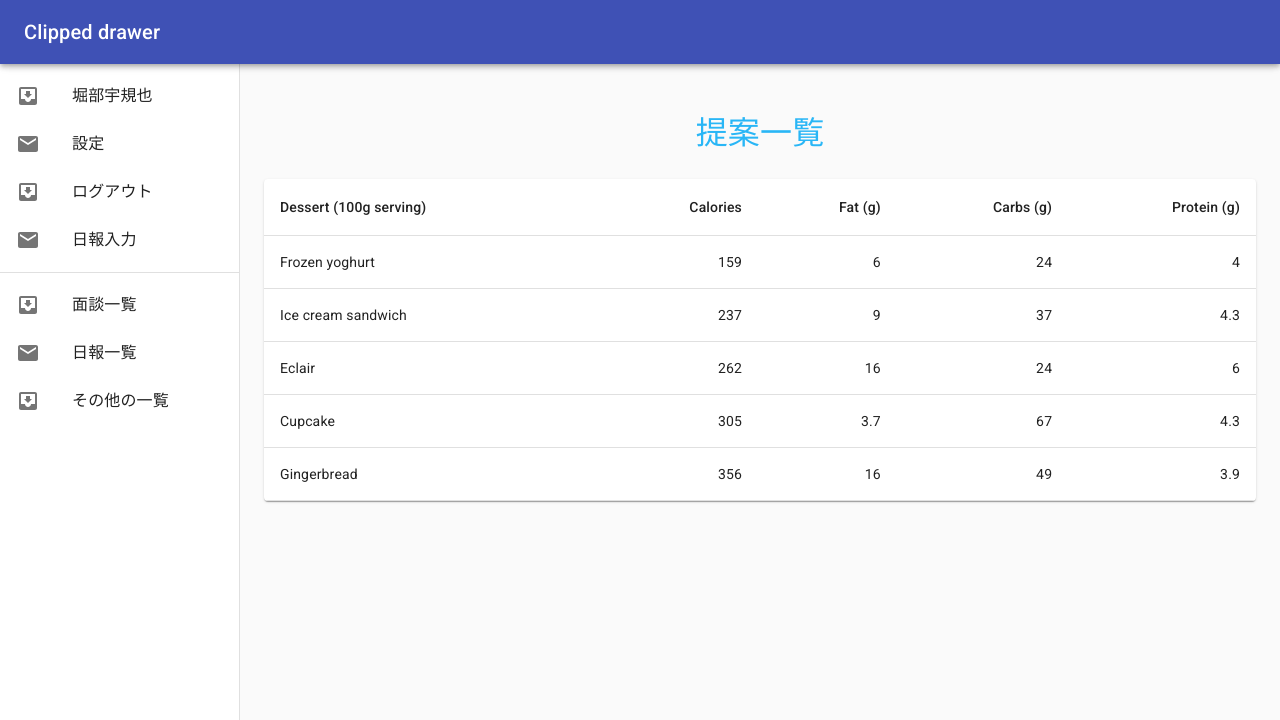
Repository: ukiyah/test
Page: / (app in src/)
These files come from the project's save history. The page is drawn as it stood at one moment and after the next save; the edit follows.
The browser window is 1280 px wide. The pictures show the whole page.
The project was rebuilt for these pictures with package versions that can differ from the ones it lists, and the page was loaded fresh each time. Also part of the build but not shown: src/material-dashboard-react.js, src/Navbars/ref_AdminNavbarLinks/customInputStyle.js, src/Navbars/ref_AdminNavbarLinks/CustomInput.js, src/Navbars/ref_AdminNavbarLinks/buttonStyle.js, src/Navbars/ref_AdminNavbarLinks/Button.js, src/Navbars/ref_AdminNavbarLinks/dropdownStyle.js, src/Navbars/ref_AdminNavbarLinks/headerLinksStyle.js, src/Navbars/AdminNavbarLinks.js and 4 more.

Above is the page before, as saved 2020-02-20 18:46:27.

### src/index.css
body {
  margin: 0;
  font-family: -apple-system, BlinkMacSystemFont, 'Segoe UI', 'Roboto', 'Oxygen',
    'Ubuntu', 'Cantarell', 'Fira Sans', 'Droid Sans', 'Helvetica Neue',
    sans-serif;
  -webkit-font-smoothing: antialiased;
  -moz-osx-font-smoothing: grayscale;
}

code {
  font-family: source-code-pro, Menlo, Monaco, Consolas, 'Courier New',
    monospace;
}

.button {
  color: #000;
}

h1 {
  text-align: center;
  color:#29B6F6;
  font-weight: normal;
}

### src/App.js


// export default App;
import React from 'react';

import 'typeface-roboto';
import Sidebar from './Sidebar/Sidebar';
// import SimpleTable from "./Table";
import ClippedDrawer from "./Drawer";
class App extends React.Component{
  render() {
    return (
      <div>



        <ClippedDrawer />
      </div>

    );
  }

}

export default App;

### src/Drawer.js
import React from 'react';
import { makeStyles } from '@material-ui/core/styles';
import Drawer from '@material-ui/core/Drawer';
import AppBar from '@material-ui/core/AppBar';
import CssBaseline from '@material-ui/core/CssBaseline';
import Toolbar from '@material-ui/core/Toolbar';
import List from '@material-ui/core/List';
import Typography from '@material-ui/core/Typography';
import Divider from '@material-ui/core/Divider';
import ListItem from '@material-ui/core/ListItem';
import ListItemIcon from '@material-ui/core/ListItemIcon';
import ListItemText from '@material-ui/core/ListItemText';
import InboxIcon from '@material-ui/icons/MoveToInbox';
import MailIcon from '@material-ui/icons/Mail';
import SimpleTable from "./Table";
const drawerWidth = 240;

const useStyles = makeStyles(theme => ({
  root: {
    display: 'flex',
  },
  appBar: {
    zIndex: theme.zIndex.drawer + 1,
  },
  drawer: {
    width: drawerWidth,
    flexShrink: 0,
  },
  drawerPaper: {
    width: drawerWidth,
  },
  content: {
    flexGrow: 1,
    padding: theme.spacing(3),
  },
  toolbar: theme.mixins.toolbar,
}));

export default function ClippedDrawer() {
  const classes = useStyles();

  return (
    <div className={classes.root}>
      <CssBaseline />
      <AppBar position="fixed" className={classes.appBar}>
        <Toolbar>
          <Typography variant="h6" noWrap>
            Clipped drawer
          </Typography>
        </Toolbar>
      </AppBar>
      <Drawer
        className={classes.drawer}
        variant="permanent"
        classes={{
          paper: classes.drawerPaper,
        }}
      >
        <div className={classes.toolbar} />
        <List>
          {['堀部宇規也', '設定', 'ログアウト', '日報入力'].map((text, index) => (
            <ListItem button key={text}>
              <ListItemIcon>{index % 2 === 0 ? <InboxIcon /> : <MailIcon />}</ListItemIcon>
              <ListItemText primary={text} />
            </ListItem>
          ))}
        </List>
        <Divider />
        <List>
          {['面談一覧', '日報一覧', 'その他の一覧'].map((text, index) => (
            <ListItem button key={text}>
              <ListItemIcon>{index % 2 === 0 ? <InboxIcon /> : <MailIcon />}</ListItemIcon>
              <ListItemText primary={text} />
            </ListItem>
          ))}
        </List>
      </Drawer>
      <main className={classes.content}>
        <div className={classes.toolbar} />
        <Typography paragraph>
            <h1>提案一覧</h1>
            <SimpleTable />

        </Typography>
        <Typography paragraph>

        </Typography>
      </main>
    </div>
  );
}

### src/Table.js
import React from 'react';
import { makeStyles } from '@material-ui/core/styles';
import Table from '@material-ui/core/Table';
import TableBody from '@material-ui/core/TableBody';
import TableCell from '@material-ui/core/TableCell';
import TableContainer from '@material-ui/core/TableContainer';
import TableHead from '@material-ui/core/TableHead';
import TableRow from '@material-ui/core/TableRow';
import Paper from '@material-ui/core/Paper';

const useStyles = makeStyles({
  table: {
    minWidth: 650,
  },
});

function createData(name, calories, fat, carbs, protein) {
  return { name, calories, fat, carbs, protein };
}

const rows = [
  createData('Frozen yoghurt', 159, 6.0, 24, 4.0),
  createData('Ice cream sandwich', 237, 9.0, 37, 4.3),
  createData('Eclair', 262, 16.0, 24, 6.0),
  createData('Cupcake', 305, 3.7, 67, 4.3),
  createData('Gingerbread', 356, 16.0, 49, 3.9),
];

export default function SimpleTable() {
  const classes = useStyles();

  return (
    <TableContainer component={Paper}>
      <Table className={classes.table} aria-label="simple table">
        <TableHead>
          <TableRow>
            <TableCell>Dessert (100g serving)</TableCell>
            <TableCell align="right">Calories</TableCell>
            <TableCell align="right">Fat&nbsp;(g)</TableCell>
            <TableCell align="right">Carbs&nbsp;(g)</TableCell>
            <TableCell align="right">Protein&nbsp;(g)</TableCell>
          </TableRow>
        </TableHead>
        <TableBody>
          {rows.map(row => (
            <TableRow key={row.name}>
              <TableCell component="th" scope="row">
                {row.name}
              </TableCell>
              <TableCell align="right">{row.calories}</TableCell>
              <TableCell align="right">{row.fat}</TableCell>
              <TableCell align="right">{row.carbs}</TableCell>
              <TableCell align="right">{row.protein}</TableCell>
            </TableRow>
          ))}
        </TableBody>
      </Table>
    </TableContainer>
  );
}

Loaded but not shown: src/index.js (common file); src/serviceWorker.js (common file)

After the next save:
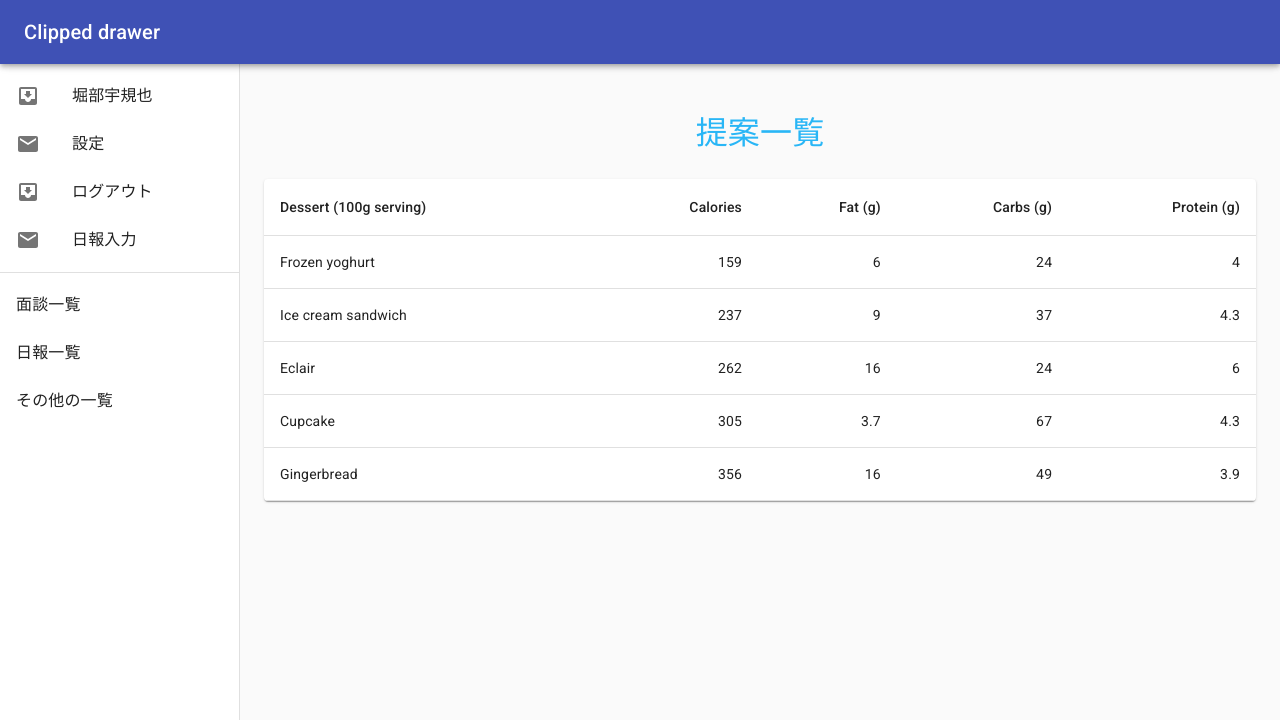
Saved 16 s later.
--- a/src/Drawer.js
+++ b/src/Drawer.js
@@ -69,7 +69,7 @@ export default function ClippedDrawer() {
         <List>
           {['面談一覧', '日報一覧', 'その他の一覧'].map((text, index) => (
             <ListItem button key={text}>
-              <ListItemIcon>{index % 2 === 0 ? <InboxIcon /> : <MailIcon />}</ListItemIcon>
+              {/* <ListItemIcon>{index % 2 === 0 ? <InboxIcon /> : <MailIcon />}</ListItemIcon> */}
               <ListItemText primary={text} />
             </ListItem>
           ))}
